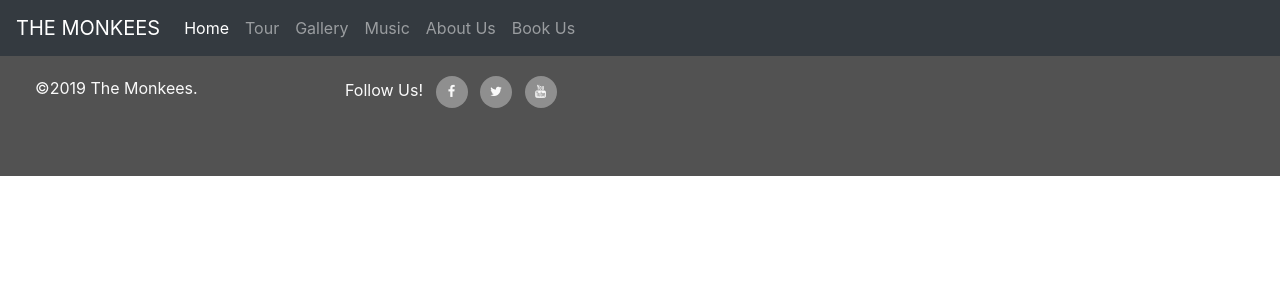
Repository: ClaraBausson/milestone_project_1
Page: index.html
The author's editor kept a record of every edit. The page is drawn from the files as they stood at one moment, then again after the next edit.
The browser window is 1280 px wide. The pictures show the whole page.
Some web libraries are served in a nearby version.

Above is the page before.

### index.html
<!DOCTYPE html>
<html lang="en">

<head>
    <meta charset="UTF-8">
    <meta name="viewport" content="width=device-width, initial-scale=1.0">
    <meta http-equiv="X-UA-Compatible" content="ie=edge">

    <title>The Monkees | Home</title>

    <!-------------------------- CSS links ------------------------------------>
    <script src="https://code.jquery.com/jquery-3.3.1.slim.min.js" integrity="sha384-q8i/X+965DzO0rT7abK41JStQIAqVgRVzpbzo5smXKp4YfRvH+8abtTE1Pi6jizo" crossorigin="anonymous"></script>
    <script src="https://cdnjs.cloudflare.com/ajax/libs/popper.js/1.14.7/umd/popper.min.js" integrity="sha384-UO2eT0CpHqdSJQ6hJty5KVphtPhzWj9WO1clHTMGa3JDZwrnQq4sF86dIHNDz0W1" crossorigin="anonymous"></script>
    <link rel="stylesheet" href="https://stackpath.bootstrapcdn.com/bootstrap/4.3.1/css/bootstrap.min.css" integrity="sha384-ggOyR0iXCbMQv3Xipma34MD+dH/1fQ784/j6cY/iJTQUOhcWr7x9JvoRxT2MZw1T" crossorigin="anonymous">
    <script src="https://stackpath.bootstrapcdn.com/bootstrap/4.3.1/js/bootstrap.min.js" integrity="sha384-JjSmVgyd0p3pXB1rRibZUAYoIIy6OrQ6VrjIEaFf/nJGzIxFDsf4x0xIM+B07jRM" crossorigin="anonymous"></script>

    <link rel="stylesheet" href="https://stackpath.bootstrapcdn.com/font-awesome/4.7.0/css/font-awesome.min.css" type="text/css" />
    <link rel="stylesheet" href="https://cdnjs.cloudflare.com/ajax/libs/hover.css/2.1.1/css/hover-min.css" type="text/css" />
    <link rel="stylesheet" href="css/main.css" type="text/css" />
</head>

<body>
    <!------------------------ NAVBAR/HEADER ---------------------------------->
    <header class="header">

        <nav class="navbar navbar-expand-lg navbar-dark bg-dark">
            <button class="navbar-toggler" type="button" data-toggle="collapse" data-target="#navbarToggler" aria-controls="navbarToggler" aria-expanded="false" aria-label="Toggle navigation"><span class="navbar-toggler-icon"></span></button>
            <a class="navbar-brand uppercase-text header-text" href="#">The Monkees</a>

            <div class="collapse navbar-collapse" id="navbarToggler">
                <ul class="navbar-nav mr-auto mt-2 mt-lg-0">
                    <li class="nav-item active">
                        <a class="nav-link subheader-text" href="#">Home</a>
                    </li>
                    <li class="nav-item">
                        <a class="nav-link subheader-text" href="#">Tour</a>
                    </li>
                    <li class="nav-item">
                        <a class="nav-link subheader-text" href="#">Gallery</a>
                    </li>
                    <li class="nav-item">
                        <a class="nav-link subheader-text" href="#">Music</a>
                    </li>
                    <li class="nav-item">
                        <a class="nav-link subheader-text" href="#">About Us</a>
                    </li>
                    <li class="nav-item">
                        <a class="nav-link subheader-text" href="#">Book Us</a>
                    </li>
                </ul>

                <div class="row mr-auto mt-2 mt-lg-0 d-md-none social-links-header">
                    <div class="col-xs-4">
                        <a target="_blank" href="#">
                            <i class="fa fa-facebook" aria-hidden="true"></i>
                            <span class="sr-only">Facebook</span>
                        </a>
                    </div>
                    <div class="col-xs-4">
                        <a target="_blank" href="#">
                            <i class="fa fa-twitter" aria-hidden="true"></i>
                            <span class="sr-only">Twitter</span>
                        </a>
                    </div>
                    <div class="col-xs-4">
                        <a target="_blank" href="#">
                            <i class="fa fa-youtube" aria-hidden="true"></i>
                            <span class="sr-only">YouTube</span>
                        </a>
                    </div>
                </div>
            </div>
        </nav>

    </header>

    <!----------------------- CONTENT SECTION --------------------------------->
    <section>

    </section>

    <!--------------------------- FOOTER -------------------------------------->
    <footer class="container-fluid">
        <div id="footer-details" class="row">
            <div class="col-sm-3">
                <p class="inline-block">
                    ©2019 The Monkees.
                </p>
            </div>
            <div class="col-sm-9 d-none d-md-inline-block">
                <ul class="list-inline social-links">
                    <li class="list-inline-item">
                        <p class="inline-block">
                            Follow Us!
                        </p>
                    </li>
                    <li class="list-inline-item">
                        <a target="_blank" href="#">
                            <i class="fa fa-facebook" aria-hidden="true"></i>
                            <span class="sr-only">Facebook</span>
                        </a>
                    </li>
                    <li class="list-inline-item">
                        <a target="_blank" href="#">
                            <i class="fa fa-twitter" aria-hidden="true"></i>
                            <span class="sr-only">Twitter</span>
                        </a>
                    </li>
                    <li class="list-inline-item">
                        <a target="_blank" href="#">
                            <i class="fa fa-youtube" aria-hidden="true"></i>
                            <span class="sr-only">YouTube</span>
                        </a>
                    </li>
                </ul>
            </div>
        </div>
    </footer>
</body>

</html>

### css/main.css
@import url('https://fonts.googleapis.com/css?family=Oswald:300,400,500,600,700|Poppins:300,400,500,600,700,800,900&display=swap&subset=latin-ext');



/*---------------------Special paddings/margins/text--------------------------*/

.no-padding {
    padding: 0;
}

.uppercase-text {
    text-transform: uppercase;
}

.header-text {}

.subheader-text {}

/*----------------------------------Colors------------------------------------*/

/*----------------------------------Header------------------------------------*/

/*-------------------------------Hover effects--------------------------------*/

/*----------------------------------Footer------------------------------------*/

footer {
    background-color: #525252;
    color: #fafafa;
    min-height: 120px;
    margin: 0;
}

.social-links {
    padding-bottom: 15px;
}

.social-links li a i {
    width: 32px;
    height: 32px;
    padding: 12px 0;
    border-radius: 50%;
    font-size: 13px;
    line-height: 7px;
    text-align: center;
    color: #fafafa;
    background: #8f8f8f;
    transition: all 0.35s ease-in-out;
    -moz-transition: all 0.35s ease-in-out;
    -webkit-transition: all 0.35s ease-in-out;
    -o-transition: all 0.35s ease-in-out;
}

.social-links li a i:hover {
    background: #e84610;
}

#footer-details {
    padding: 20px;
}

After the next edit:
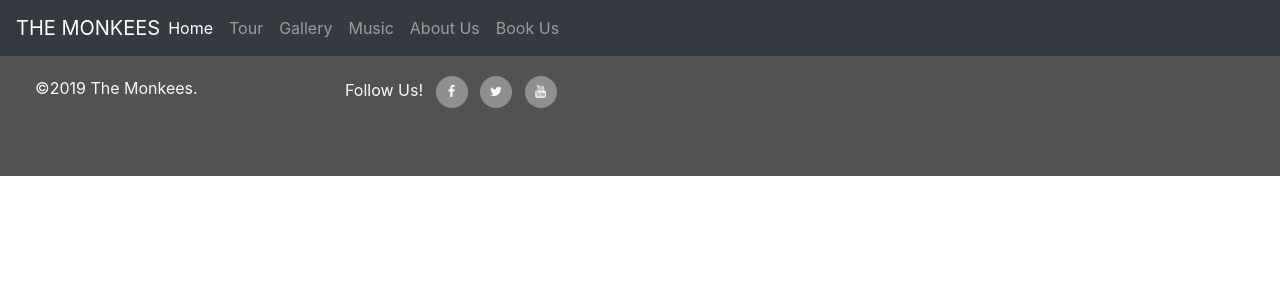
The edit:
--- a/index.html
+++ b/index.html
@@ -25,7 +25,7 @@
 
         <nav class="navbar navbar-expand-lg navbar-dark bg-dark">
             <button class="navbar-toggler" type="button" data-toggle="collapse" data-target="#navbarToggler" aria-controls="navbarToggler" aria-expanded="false" aria-label="Toggle navigation"><span class="navbar-toggler-icon"></span></button>
-            <a class="navbar-brand uppercase-text header-text" href="#">The Monkees</a>
+            <a class="navbar-brand mx-auto uppercase-text header-text" href="#">The Monkees</a>
 
             <div class="collapse navbar-collapse" id="navbarToggler">
                 <ul class="navbar-nav mr-auto mt-2 mt-lg-0">
